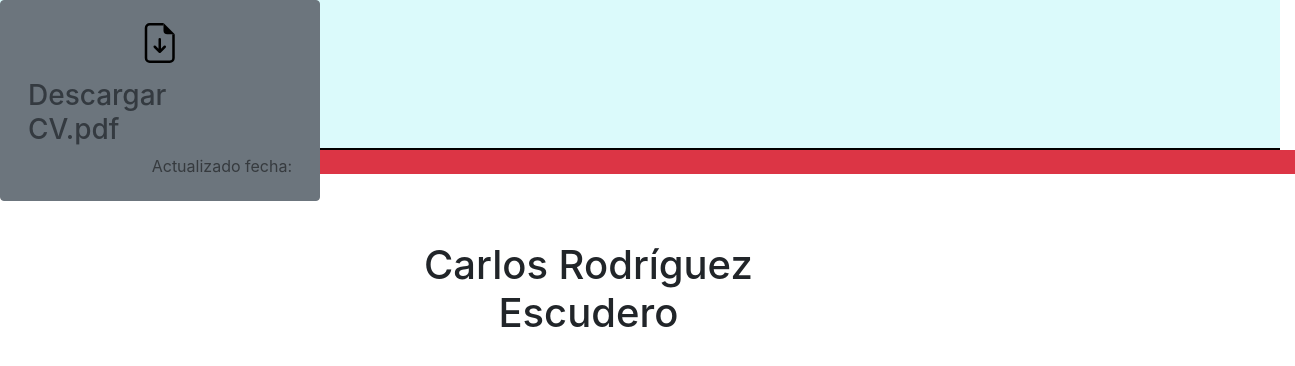
Repository: CarlosRoEs/CarlosWebCV
Page: index.html
These files come from the project's save history. The page is drawn as it stood at one moment and after the next save; the edit follows.
The browser window is 1280 px wide. The page is 1295 px wide, so the pictures cover 1295 px, including what lies to the right of the window. The pictures show the whole page.
The style sheet was rebuilt from its Sass, Less or Tailwind sources for each picture, by a compiler version that may differ from the author's.

Above is the page before, as saved 2020-09-15 15:59:23.

### index.html
<!DOCTYPE html>
<html lang="es">

<head>
    <meta charset="UTF-8">
    <meta name="viewport" content="width=device-width, initial-scale=1.0">
    <title>Carlos Rodríguez</title>
    <link rel="stylesheet" href="bootstrap/css/bootstrap.min.css">
    <link rel="stylesheet" href="Sass/dist/header.css">
</head>

<body>

    <div class="container-fluid">
        <div id="row-header" class="row">
            <header id="header" class="col-12">
                <div id="row-a-header" class="row">

                            <!-- <a href="https://www.sport.es/es/" id="a-header" class="col-4 text-decoration-none d-flex flex-row flex-wrap mt-4 ml-5"> -->
                                <button id="header-button" type="button" class="btn btn-secondary col-3" data-toggle="tooltip" data-placement="top" title="Descargar PDF">
                                    <svg width="40px" height="40px" viewBox="0 0 16 16" class="bi bi-file-earmark-arrow-down col-3 mt-3" fill="dark" xmlns="http://www.w3.org/2000/svg">
                                        <path d="M4 0h5.5v1H4a1 1 0 0 0-1 1v12a1 1 0 0 0 1 1h8a1 1 0 0 0 1-1V4.5h1V14a2 2 0 0 1-2 2H4a2 2 0 0 1-2-2V2a2 2 0 0 1 2-2z" />
                                        <path d="M9.5 3V0L14 4.5h-3A1.5 1.5 0 0 1 9.5 3z" />
                                        <path fill-rule="evenodd" d="M8 6a.5.5 0 0 1 .5.5v3.793l1.146-1.147a.5.5 0 0 1 .708.708l-2 2a.5.5 0 0 1-.708 0l-2-2a.5.5 0 1 1 .708-.708L7.5 10.293V6.5A.5.5 0 0 1 8 6z" />
                                    </svg>
                                    <h3 id="h3-header" class="col-9 mt-3 text-left text-dark">Descargar CV.pdf</h3>
                                    <p class="col-12 text-right text-black-50">Actualizado fecha:</p>
                                </div>


                            <!-- </a> -->
                    <div class="col-8 d-flex justify-content-center mt-4">
                        <h1 class="mt-3 mr-5 align-items-center">Carlos Rodríguez Escudero</h1>
                    </div>
                </div>
            </header>
        </div>
        <div class="row bg-danger">
            hola
        </div>

    </div>

    <script type="text/javascript" src="jquery/jquery-3.5.1.min.js"></script>
    <script type="text/javascript" src="bootstrap/js/bootstrap.min.js"></script>
</body>

</html>

### Sass/header.scss
* {
    margin: 0px;
    padding: 0px;
}


#header {
    height: 150px;
    text-align: center;
    border-bottom: 2px solid black;
    background-color: rgba(175, 244, 247, 0.446);

    h1{
        margin-left: 45%;
    }
}

#a-header {
    border: 5px solid red;
    border-radius: 10px;
    font-size: 10px;
}

Loaded but not shown: bootstrap/css/bootstrap.min.css (library); jquery/jquery-3.5.1.min.js (library); bootstrap/js/bootstrap.min.js (library)

After the next save:
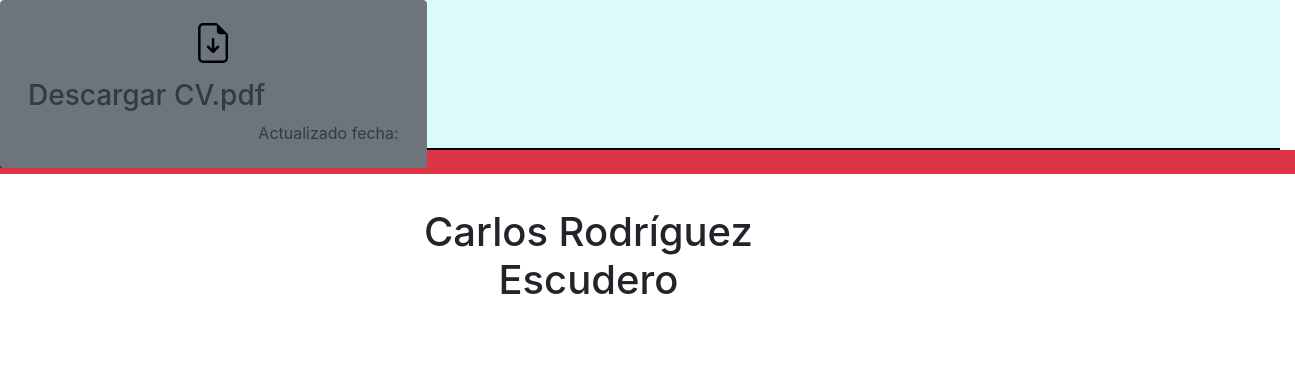
Saved 12 s later.
--- a/index.html
+++ b/index.html
@@ -17,7 +17,7 @@
                 <div id="row-a-header" class="row">
 
                             <!-- <a href="https://www.sport.es/es/" id="a-header" class="col-4 text-decoration-none d-flex flex-row flex-wrap mt-4 ml-5"> -->
-                                <button id="header-button" type="button" class="btn btn-secondary col-3" data-toggle="tooltip" data-placement="top" title="Descargar PDF">
+                                <button id="header-button" type="button" class="btn btn-secondary col-4" data-toggle="tooltip" data-placement="top" title="Descargar PDF">
                                     <svg width="40px" height="40px" viewBox="0 0 16 16" class="bi bi-file-earmark-arrow-down col-3 mt-3" fill="dark" xmlns="http://www.w3.org/2000/svg">
                                         <path d="M4 0h5.5v1H4a1 1 0 0 0-1 1v12a1 1 0 0 0 1 1h8a1 1 0 0 0 1-1V4.5h1V14a2 2 0 0 1-2 2H4a2 2 0 0 1-2-2V2a2 2 0 0 1 2-2z" />
                                         <path d="M9.5 3V0L14 4.5h-3A1.5 1.5 0 0 1 9.5 3z" />

After the 2 saves that followed:
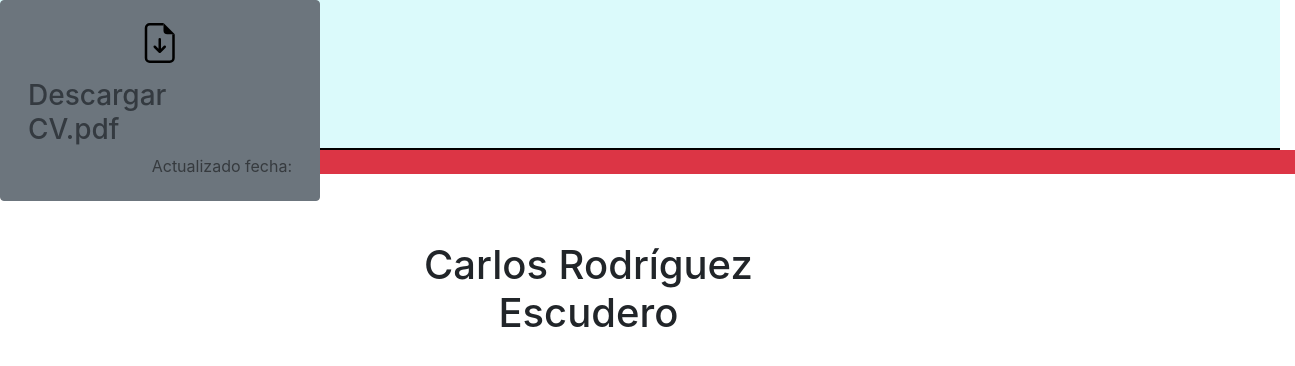
The 2 saves are shown as one change because they came seconds apart.
The last was saved 6 s later.
--- a/index.html
+++ b/index.html
@@ -17,7 +17,7 @@
                 <div id="row-a-header" class="row">
 
                             <!-- <a href="https://www.sport.es/es/" id="a-header" class="col-4 text-decoration-none d-flex flex-row flex-wrap mt-4 ml-5"> -->
-                                <button id="header-button" type="button" class="btn btn-secondary col-4" data-toggle="tooltip" data-placement="top" title="Descargar PDF">
+                                <button id="header-button" type="button" class="btn btn-secondary col-3" data-toggle="tooltip" data-placement="top" title="Descargar PDF">
                                     <svg width="40px" height="40px" viewBox="0 0 16 16" class="bi bi-file-earmark-arrow-down col-3 mt-3" fill="dark" xmlns="http://www.w3.org/2000/svg">
                                         <path d="M4 0h5.5v1H4a1 1 0 0 0-1 1v12a1 1 0 0 0 1 1h8a1 1 0 0 0 1-1V4.5h1V14a2 2 0 0 1-2 2H4a2 2 0 0 1-2-2V2a2 2 0 0 1 2-2z" />
                                         <path d="M9.5 3V0L14 4.5h-3A1.5 1.5 0 0 1 9.5 3z" />
